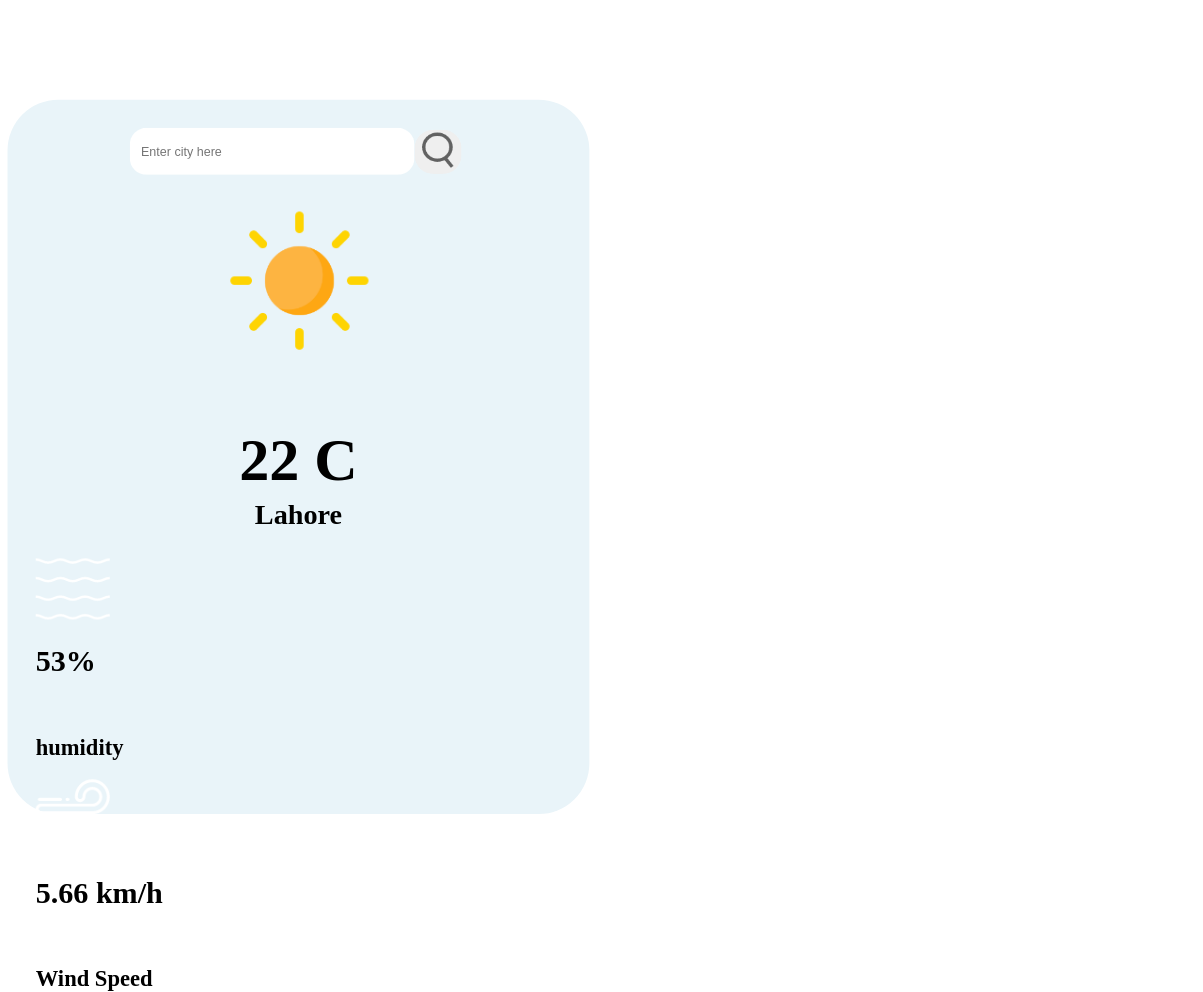
Repository: WajihaGul/Javascripts-Projects
Page: WEATHER APP/index.html
An editor plug-in stored every save of this project. The page is shown before and after the next save, followed by the edit.
The browser window is 1280 px wide. The pictures show the whole page, at 94% of full size.

Above is the page before, as saved 2024-06-07 16:03:53.
Not found: WEATHER APP/script.js

After the next save:
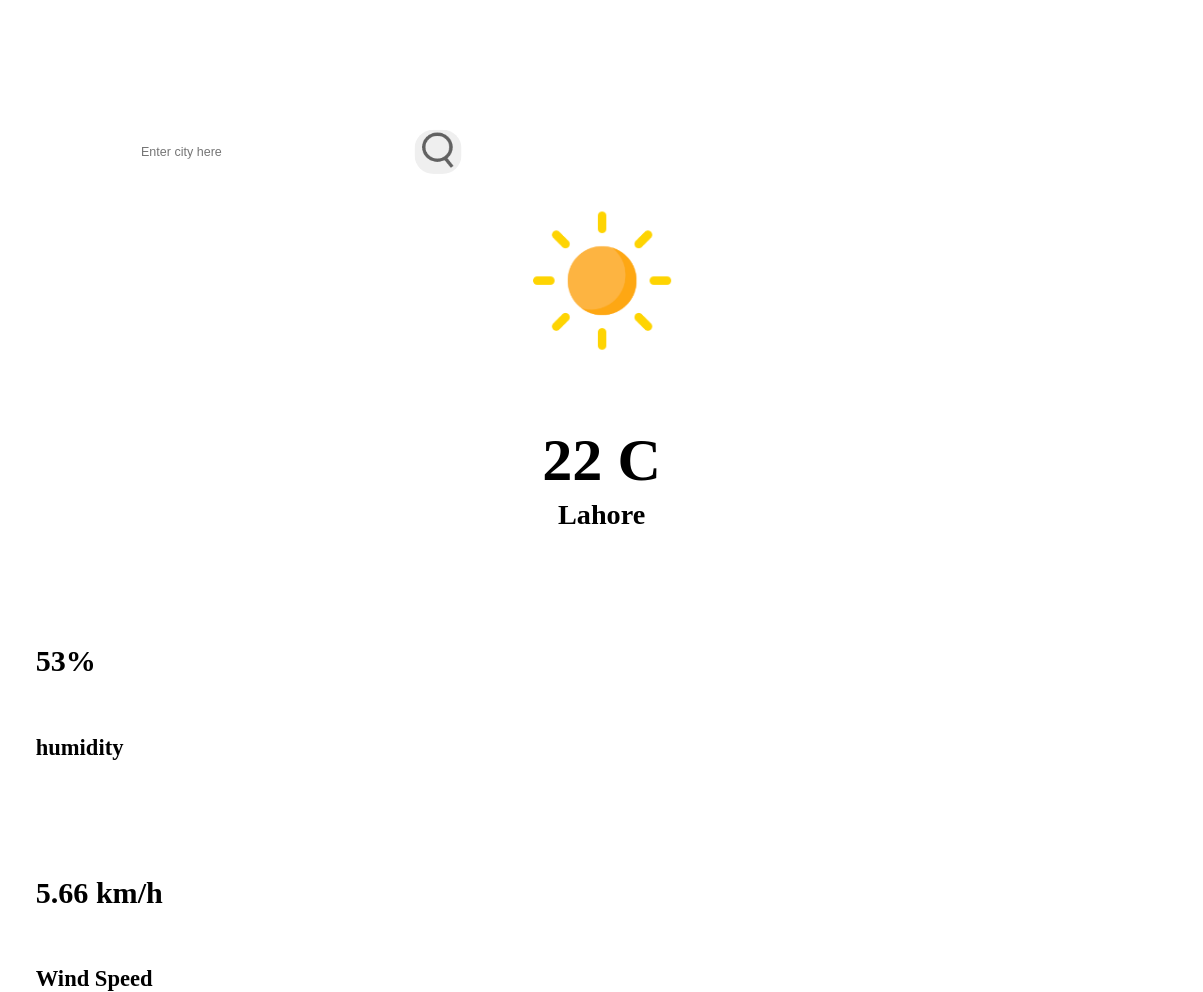
Saved 2 min 51 s later.
--- a/WEATHER APP/style.css
+++ b/WEATHER APP/style.css
@@ -1,5 +1,5 @@
 .MainDiv{
-    background-color: #e9f4f9;
+    background-color: rgb(154 187 241 / 50%)
     /* margin: 0 auto; */
     width: 559px;
     /* display: flex; */
